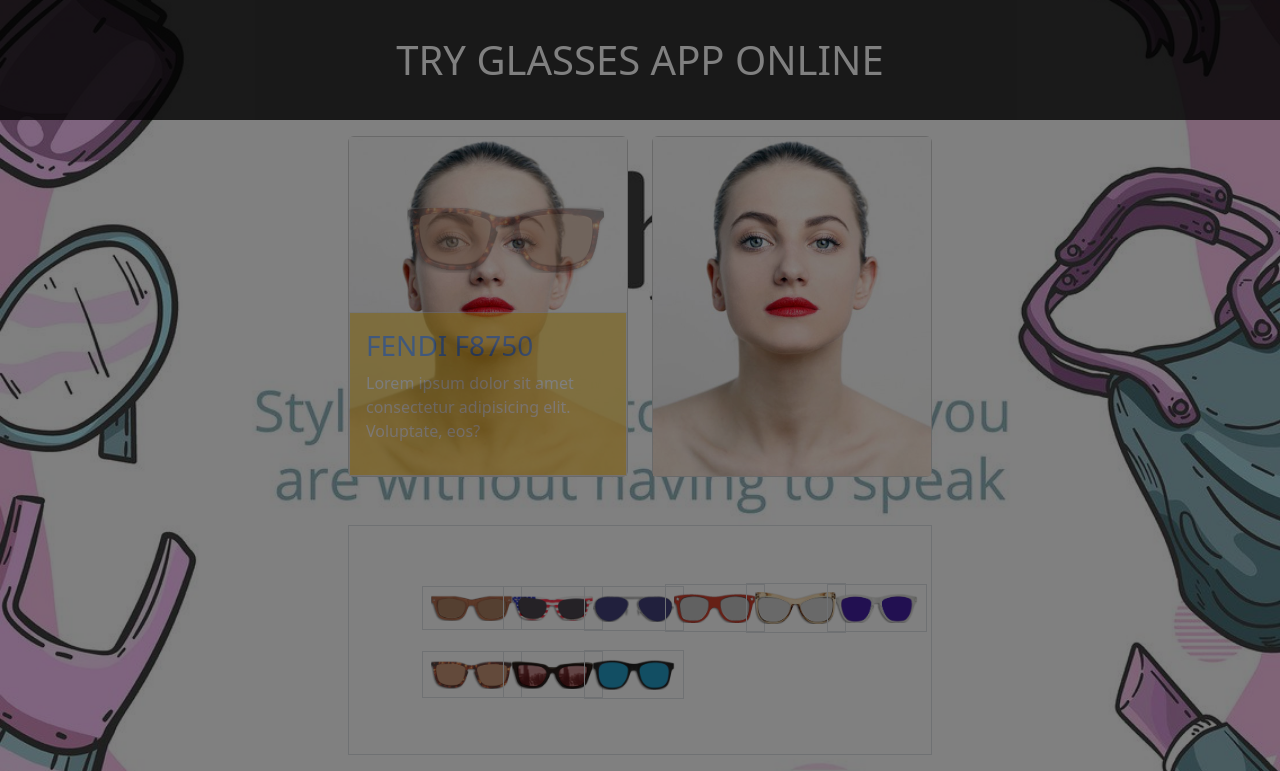
Repository: akira17518/React_JS_Glasses
Page: /
The author's editor kept a copy of each file at every save. The page is drawn from the files as they stood at one save, then again after the next save.
The browser window is 1280 px wide. The pictures show the whole page.
The project was rebuilt for these pictures with package versions that can differ from the ones it lists, and the page was loaded fresh each time.

Above is the page before, as saved 2023-05-10 10:57:41.

After the next save:
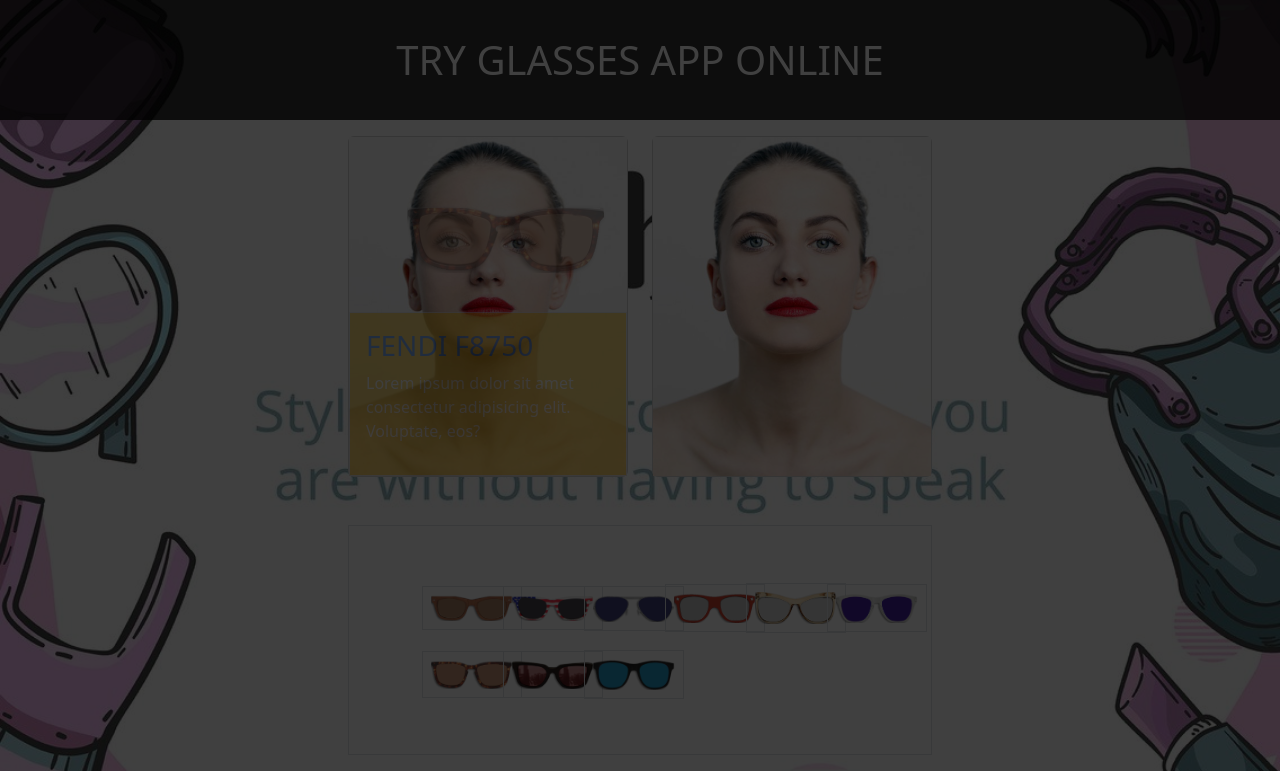
Saved 30 s later.
--- a/src/BTsetState/BaiTapSetState.jsx
+++ b/src/BTsetState/BaiTapSetState.jsx
@@ -1,11 +1,11 @@
 import React, { Component } from 'react'
 import HeaderComponent from './HeaderComponent'
 import Content from './Content'
-
+import appCSS from './assets/app.module.css'
 export default class extends Component {
   render() {
     return (
-      <div>
+      <div className={`${appCSS.app}`} >
         <div>
           <HeaderComponent></HeaderComponent>
         </div>

After the save that followed:
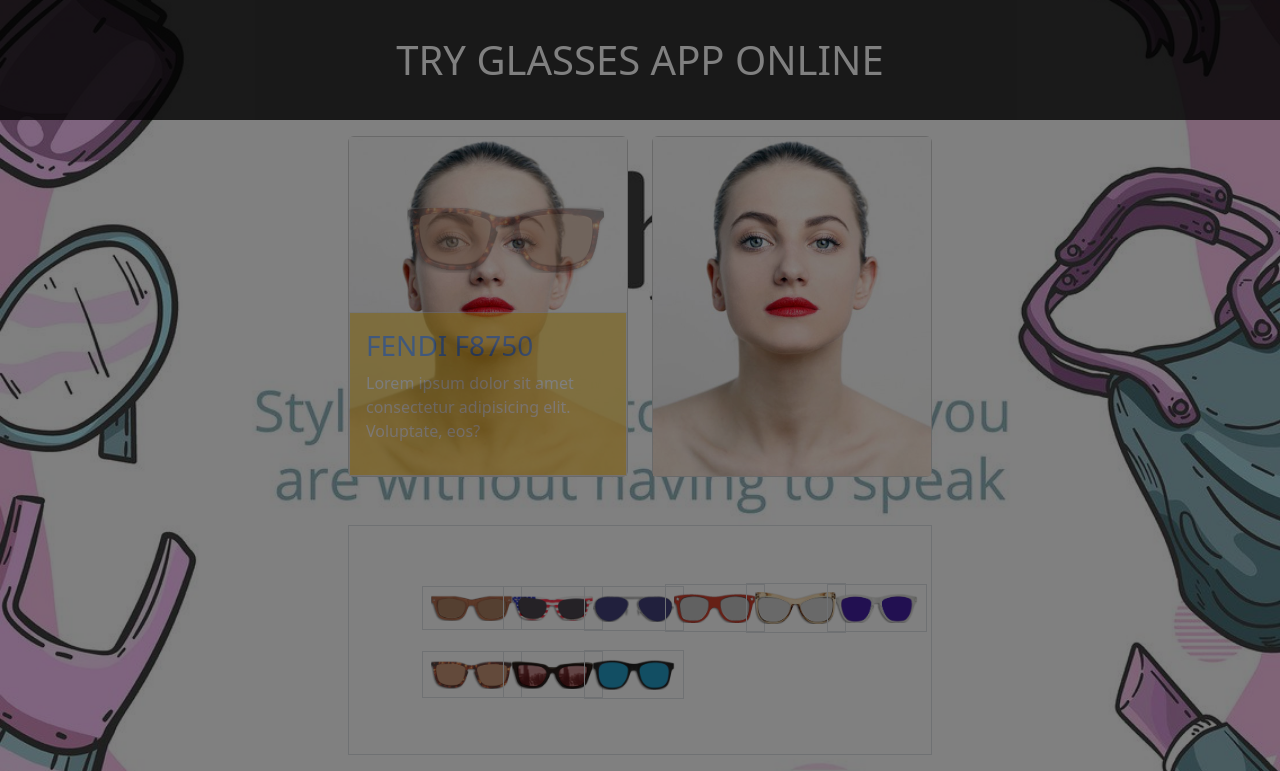
Saved 1 s later.
--- a/src/App.js
+++ b/src/App.js
@@ -1,10 +1,10 @@
 import React, { Component } from 'react'
 import BaiTapSetState from './BTsetState/BaiTapSetState'
-import appCSS from './assets/app.module.css'
+
 export default class App extends Component {
     render() {
         return (
-            <div className={`${appCSS.app}`}>
+            <div >
                 <BaiTapSetState></BaiTapSetState>
             </div>
         )
